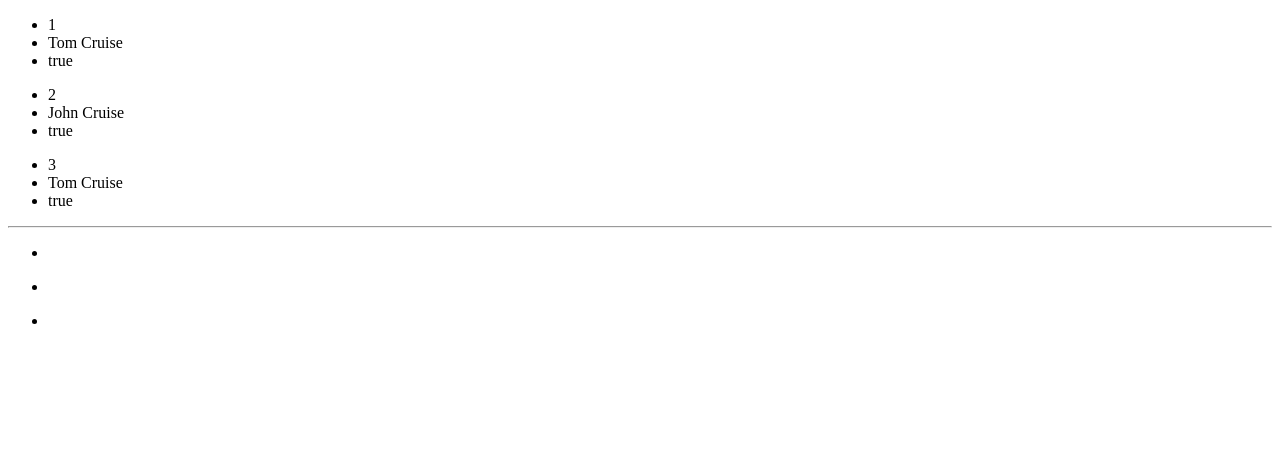
Repository: SongSooJin/JSP
Page: http://localhost/5-jsp-basic/example6/p132.jsp
The author's editor kept a copy of each file at every save. The page is drawn from the files as they stood at one save, then again after the next save.
The browser window is 1280 px wide. The pictures show the whole page.
The page is served by Tomcat 9. Other server files are loaded and not shown.

Above is the page before, as saved 2018-10-08 06:25:47.

### 5-jsp-basic/WebContent/example6/p132.jsp
<%@ page language="java" contentType="text/html; charset=UTF-8"
	pageEncoding="UTF-8"%>
<%@ page import="java.util.List,java.util.ArrayList"%>
<%@ page import="com.example.vo.User"%>
<%@ taglib prefix="c" uri="http://java.sun.com/jsp/jstl/core"%>
<!DOCTYPE html>
<html>
<head>
<meta charset="UTF-8">
<title>Insert title here</title>
</head>
<%
	List<User> users = new ArrayList<User>();
	users.add(new User(1, "Tom", "Cruise", true));
	users.add(new User(2, "John", "Cruise", true));
	users.add(new User(3, "Tom", "Cruise", true));

	request.setAttribute("users", users);
%>
<body>

	<%
		for(User user : users) {
			out.print("<ul>");
			out.print("<li>"+user.getId()+"</li>");
			out.print("<li>"+user.getFirstName()+" "+user.getLastName()+"</li>");
			out.print("<li>"+user.isActive()+"</li>");
			out.print("</ul>");
		}
	%>
	<hr>

	<c:forEach var="user" items="${users}">
		<ul>
			<li></li>
		</ul>
	</c:forEach>

</body>
</html>

### 5-jsp-basic/src/com/example/vo/User.java
package com.example.vo;

public class User {
	private int id;
	private String firstName;
	private String lastName;
	private boolean active;


	public User() {
	}

	public User(int id, String firstName, String lastName, boolean active) {
		super();
		this.id = id;
		this.firstName = firstName;
		this.lastName = lastName;
		this.active = active;
	}


	@Override
	public String toString() {
		return "User [id=" + id + ", firstName=" + firstName + ", lastName=" + lastName + ", active=" + active + "]";
	}

	public int getId() {
		return id;
	}

	public void setId(int id) {
		this.id = id;
	}

	public String getFirstName() {
		return firstName;
	}

	public void setFirstName(String firstName) {
		this.firstName = firstName;
	}

	public String getLastName() {
		return lastName;
	}

	public void setLastName(String lastName) {
		this.lastName = lastName;
	}

	public boolean isActive() {
		return active;
	}

	public void setActive(boolean active) {
		this.active = active;
	}

}

After the next save:
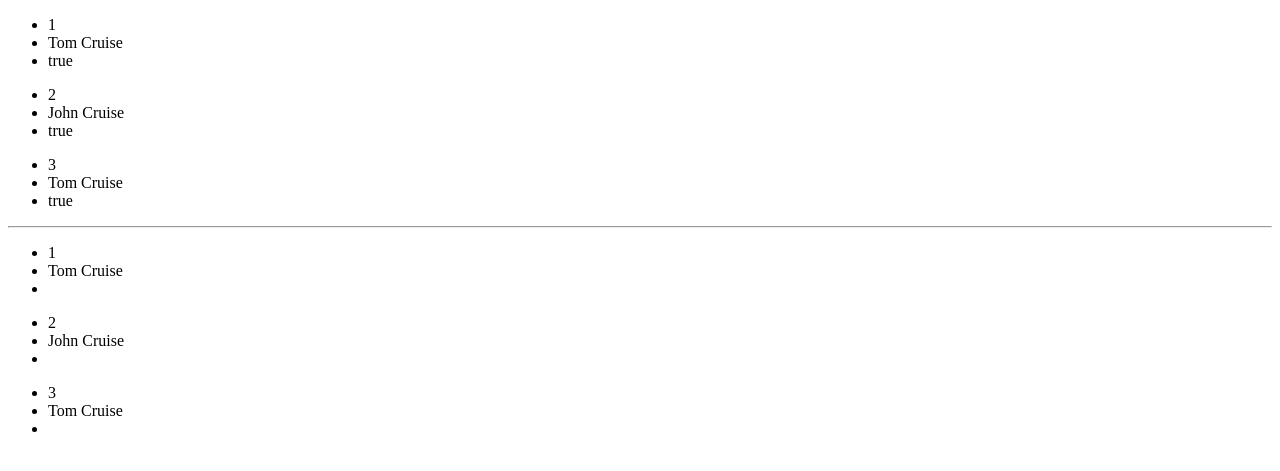
Saved 72 s later.
--- a/5-jsp-basic/WebContent/example6/p132.jsp
+++ b/5-jsp-basic/WebContent/example6/p132.jsp
@@ -32,6 +32,8 @@
 
 	<c:forEach var="user" items="${users}">
 		<ul>
+			<li>${user.id} </li>
+			<li>${user.firstName} ${user.lastName} </li>
 			<li></li>
 		</ul>
 	</c:forEach>
